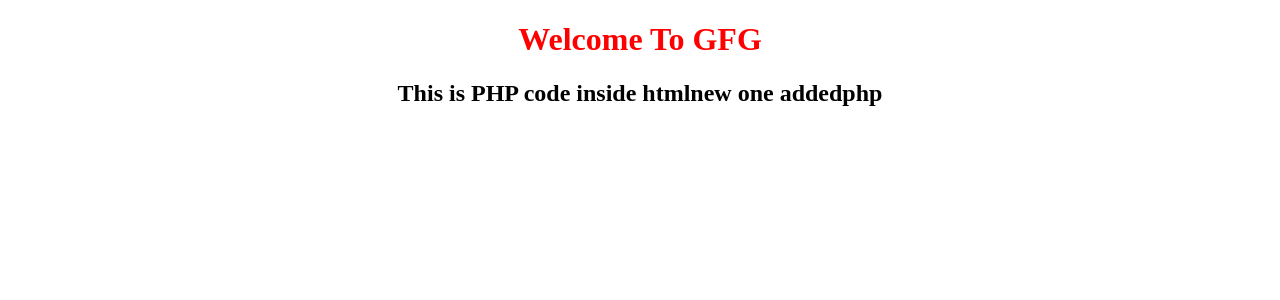
Repository: navyasureshkodenkiri/phpprojectgh-
Page: http://localhost/example1.php
The author's editor kept a copy of each file at every save. The page is drawn from the files as they stood at one save, then again after the next save.
The browser window is 1280 px wide. The pictures show the whole page.
The page is run by PHP 8.4 with error messages shown; the project is at /var/www/html/.

Above is the page before, as saved 2022-12-14 11:03:56.

After the next save:
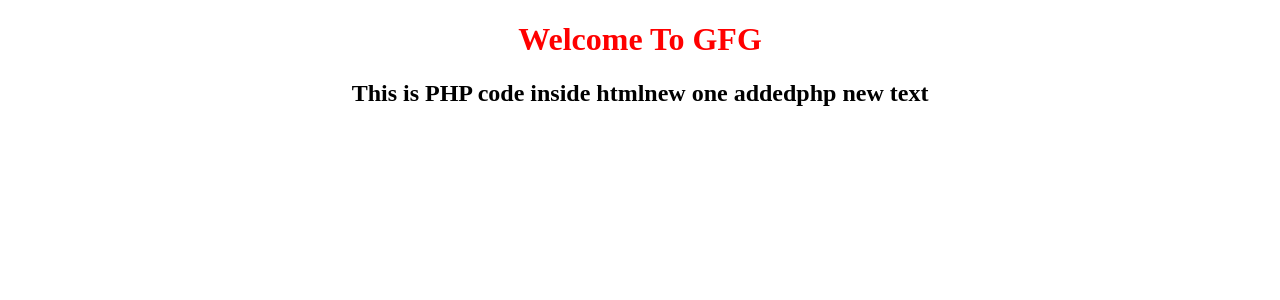
Saved 5 s later.
--- a/example1.php
+++ b/example1.php
@@ -17,7 +17,7 @@
             <?php
             echo "This is PHP code inside html";
             echo "new one added";
-            echo "php "
+            echo "php new text"
 
             ?>
         </h2>
